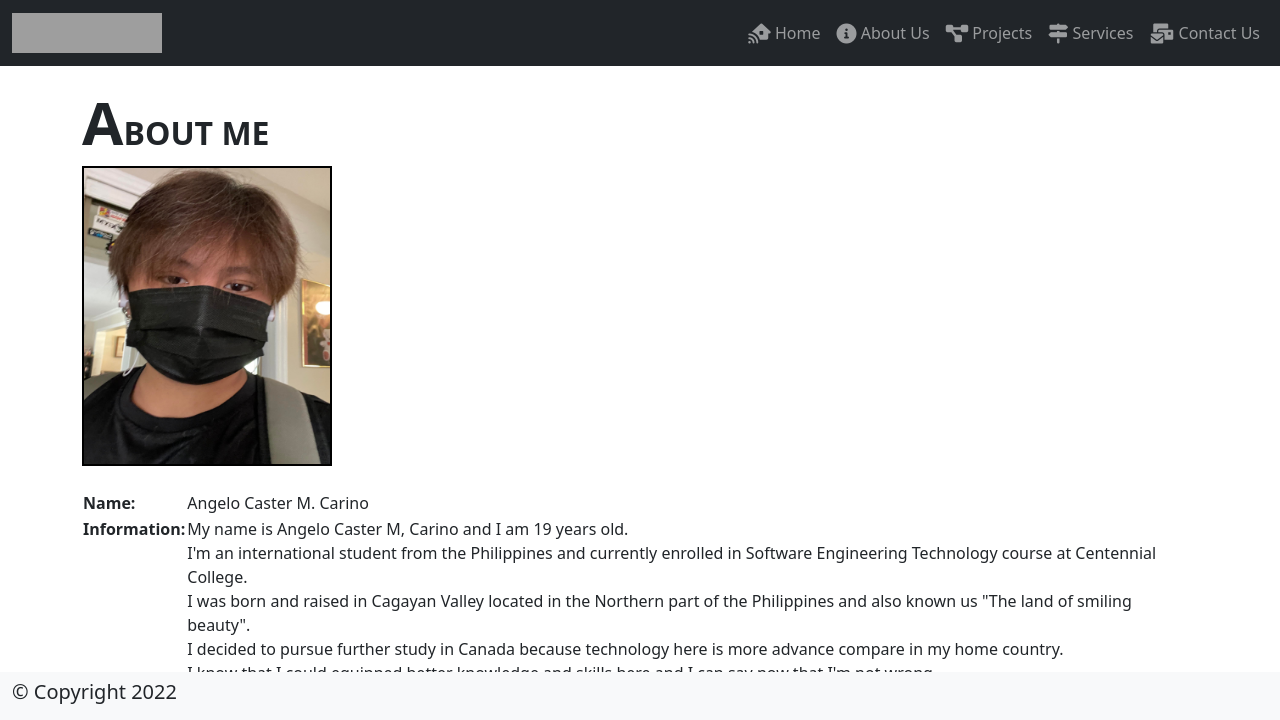
Repository: acarino4/Express-Portfolio-Site
Page: http://localhost/about
The author's editor kept a copy of each file at every save. The page is drawn from the files as they stood at one save, then again after the next save.
The browser window is 1280 px wide. The pictures show the whole page.
Pictures or frames that could not be fetched are drawn as grey boxes. The page is served by the project's Node server (server.js).

Above is the page before, as saved 2022-10-08 18:33:42.

After the next save:
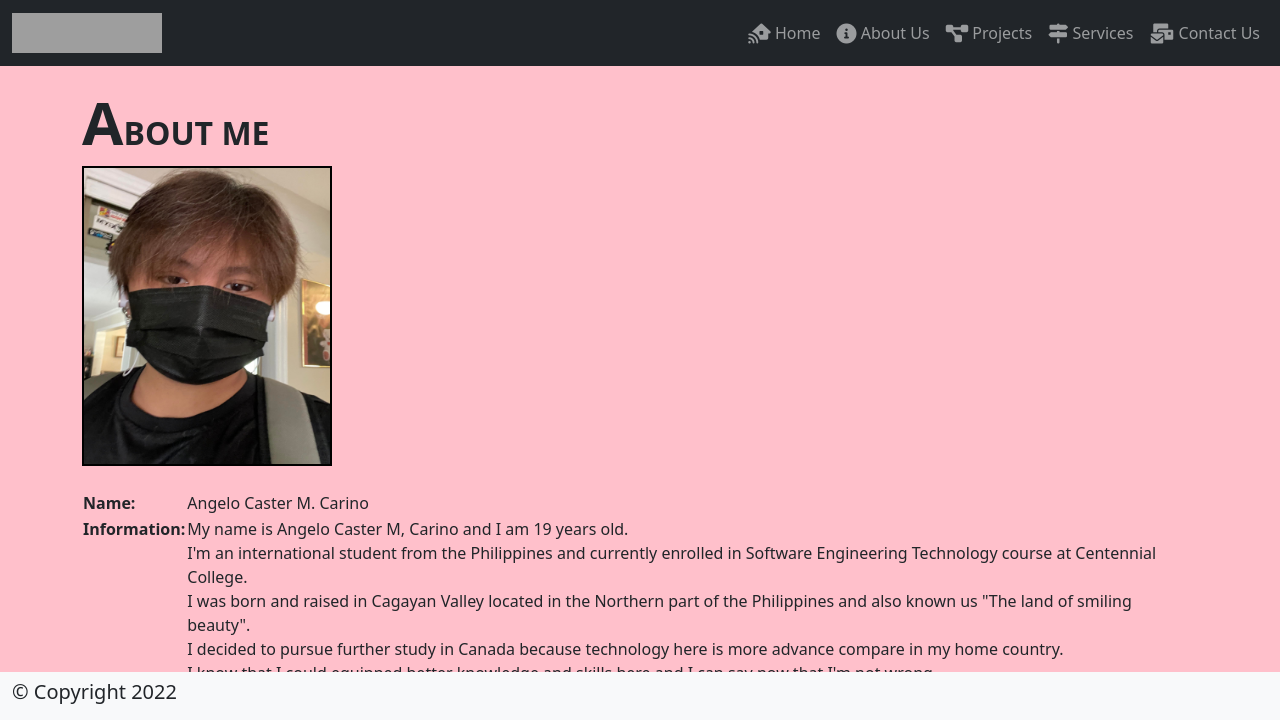
Saved 35 s later.
--- a/Server/Views/content/about.ejs
+++ b/Server/Views/content/about.ejs
@@ -6,7 +6,9 @@
 <!-- ABOUT.EJS body content section -->
 <head>
     <style>
-
+        body {
+            background-color: pink;
+        }
 
    </style>
 
